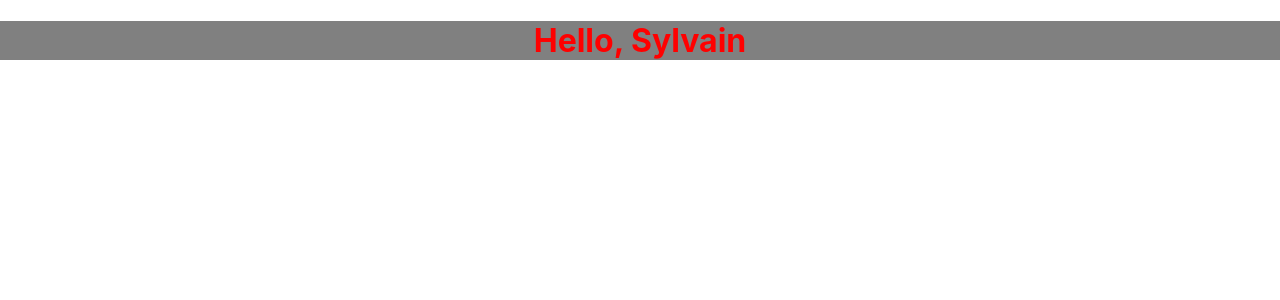
Repository: sylvainJacot/JS_Studio_2019
Page: /
These files come from the project's save history. The page is drawn as it stood at one moment and after the next save; the edit follows.
The browser window is 1280 px wide. The pictures show the whole page.
The project was rebuilt for these pictures with package versions that can differ from the ones it lists, and the page was loaded fresh each time.

Above is the page before, as saved 2019-05-31 17:44:16.

After the next save:
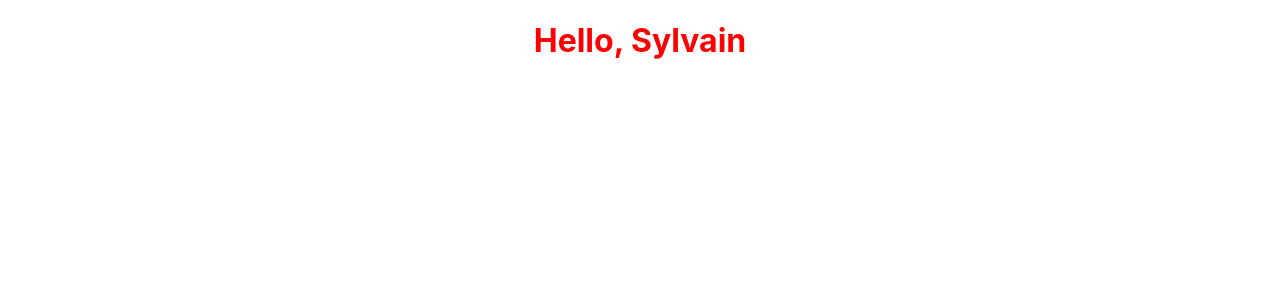
Saved 4 s later.
--- a/src/components/colors.js
+++ b/src/components/colors.js
@@ -1,4 +1,4 @@
 export const color = {
-White:"White",
+white:"White",
 blue:"#000000",
 };
